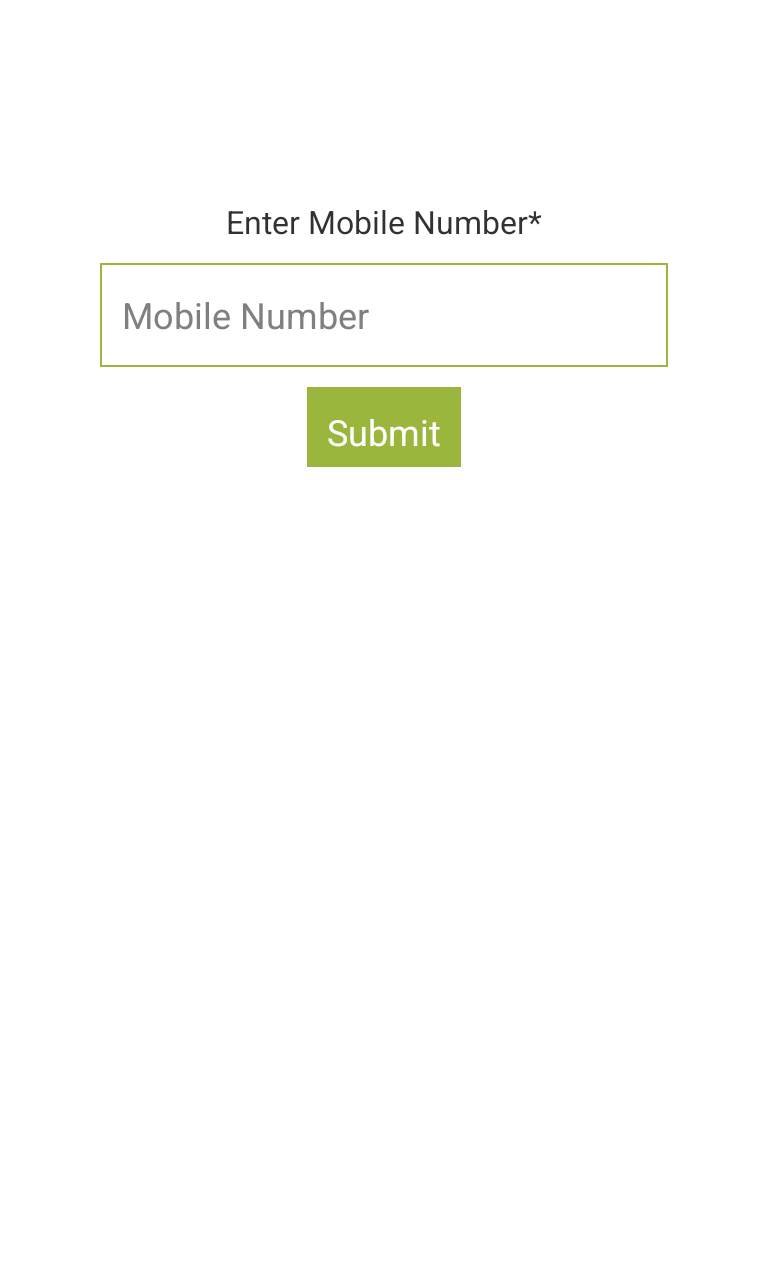
Repository: amitvikramjaiswal/amit-work
Layout: MandiTrades/MandiTradesAndroid/res/layout/first_screen.xml
The author's editor kept a copy of each file at every save. The layout is drawn from the files as they stood at one save, then again after the next save.
It is drawn on a 768 x 1280 px phone screen (xhdpi) without system bars, with theme AppTheme; the app's code is not run.

Above is the layout before, as saved 2014-11-14 14:02:34.

After the next save:
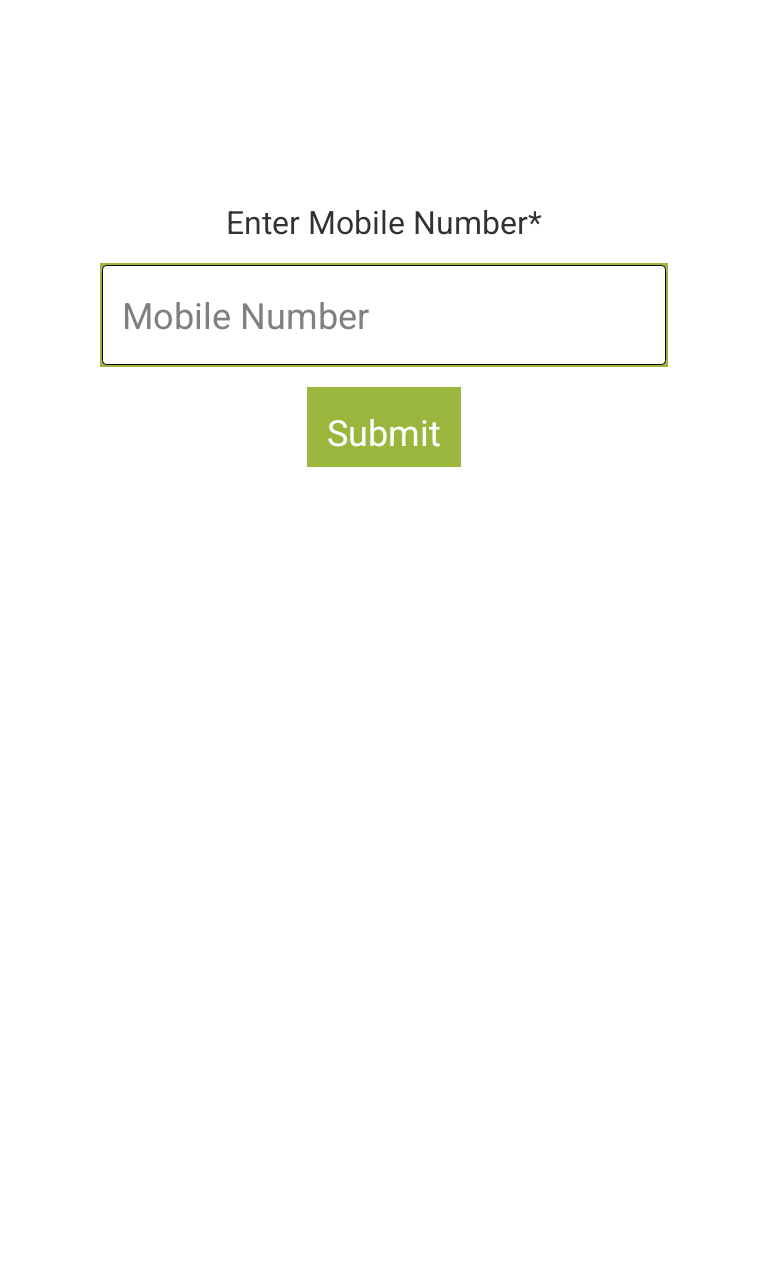
Saved 100 s later.
--- a/MandiTrades/MandiTradesAndroid/res/layout/first_screen.xml
+++ b/MandiTrades/MandiTradesAndroid/res/layout/first_screen.xml
@@ -37,6 +37,7 @@
                 android:layout_height="@dimen/height_row"
                 android:background="#fff"
                 android:maxLength="10"
+                android:background="@drawable/border_shape"
                 android:hint="@string/mobile_number"
                 android:inputType="number"
                 android:padding="@dimen/padding_normal"
